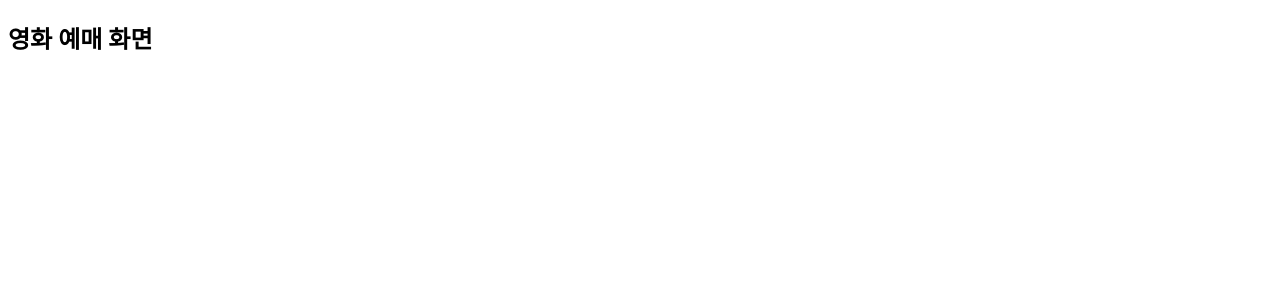
Repository: lmcoa15/Movie
Page: http://localhost/movie/user/user_reservation.jsp
The author's editor kept a copy of each file at every save. The page is drawn from the files as they stood at one save, then again after the next save.
The browser window is 1280 px wide. The pictures show the whole page.
The page is served by Tomcat 9. Other server files are loaded and not shown.

Above is the page before, as saved 2015-12-08 15:47:26.

### workspace/movie/WebContent/user/user_reservation.jsp
<%@ page language="java" contentType="text/html; charset=UTF-8"
    pageEncoding="UTF-8"%>
<!DOCTYPE html PUBLIC "-//W3C//DTD HTML 4.01 Transitional//EN" "http://www.w3.org/TR/html4/loose.dtd">
<html>

<%
	String ab= request.getParameter("films_id");
	System.out.println("최종:"+ab);
%>

<head>
<meta http-equiv="Content-Type" content="text/html; charset=UTF-8">
<title>영화 예매 화면</title>
</head>
<body>
<h2>영화 예매 화면</h2>
</body>
</html>

### workspace/movie/WebContent/css/movie_list_css.css
@charset "utf-8";

table{
		width:auto;
		border-collapse:collapse;
		text-align:center;
}

td,th{
		font-size:10pt;
		border:1px solid #98bf21;
		height:30px;
		padding:5px;
}

th{
		background-color:#A7C942;
		color:#ffffff;
		font-family:Georgia;
}

tr td{
		color:#000000;
		background-color:#EAF2D3;
}
input {
		height:25px;
		width:200px;
}
img {
	width:70px;
	height:70px;
}
input [type="submit"],[type="reset"],[type="button"]{
	height:25px;
	width:80px;
}

After the next save:
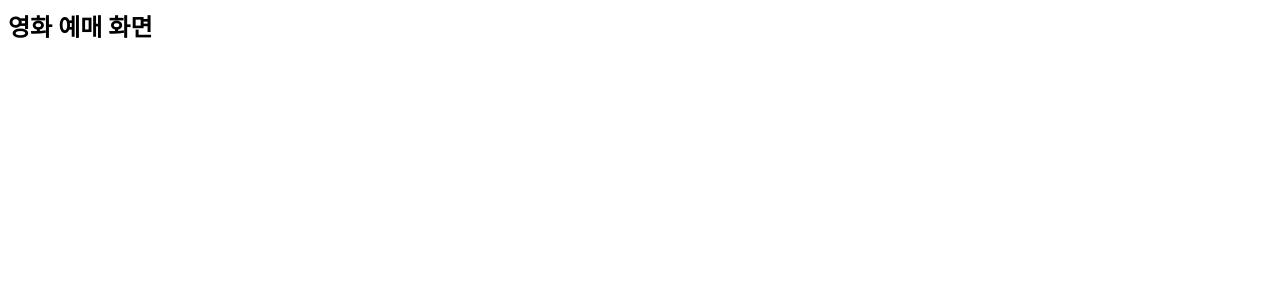
Saved 7 min 49 s later.
--- a/workspace/movie/WebContent/user/user_reservation.jsp
+++ b/workspace/movie/WebContent/user/user_reservation.jsp
@@ -1,5 +1,11 @@
-<%@ page language="java" contentType="text/html; charset=UTF-8"
-    pageEncoding="UTF-8"%>
+<%@ page language="java" pageEncoding="UTF-8" contentType="text/html; charset=UTF-8"
+ import="java.util.*,movie.admin.*"%>
+
+<jsp:useBean id="datas" scope="request" class="java.util.ArrayList" />
+<jsp:setProperty name="datas" property="*" />
+
+<link rel="stylesheet" href="../css/movie_list_css.css" type="text/css" media="screen" />
+
 <!DOCTYPE html PUBLIC "-//W3C//DTD HTML 4.01 Transitional//EN" "http://www.w3.org/TR/html4/loose.dtd">
 <html>
 
